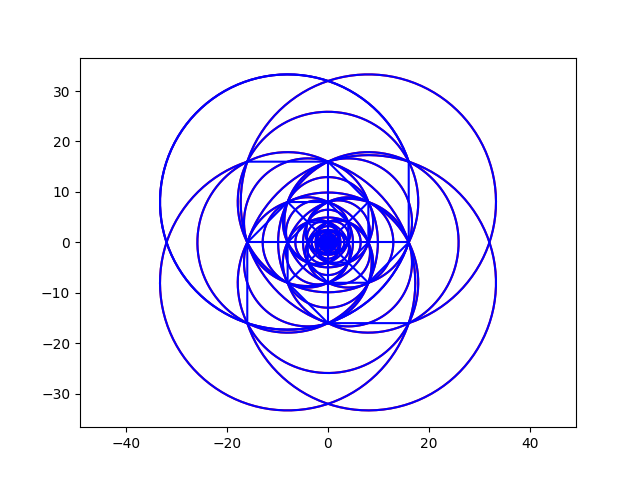
Repository: lbylzkx/Circle-Point-Manuscript
Script's output: python 卍.py
An editor plug-in stored every save of this project. The script's output is shown before and after the next save, followed by the edit.
Random numbers start from a fixed seed.

Above is the script's output before, as saved 2023-09-25 16:38:32.

After the next save:
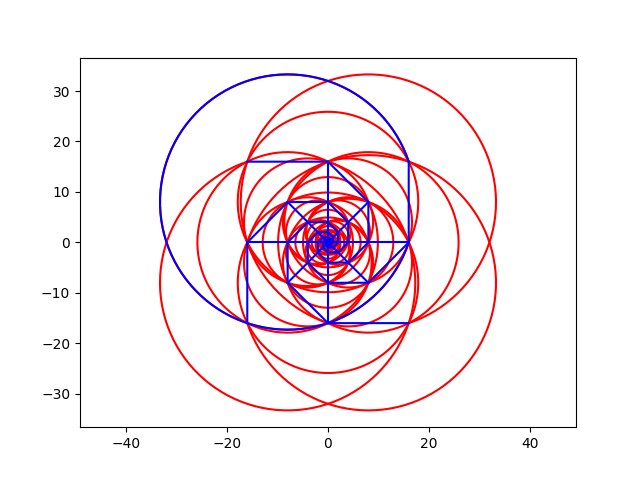
Saved 9 s later.
--- a/卍.py
+++ b/卍.py
@@ -46,10 +46,10 @@ x4 = [x_position(i, thelta=3*np.pi/2) for i in range(-10, 10)]
 y4 = [y_position(i, thelta=3*np.pi/2) for i in range(-10, 10)]
 plt.plot(x4, y4, 'b')
 
-for alpha in range(0, 4):
-    for n in range(-10, 9):
-        arc((loutus_x_center(n, alpha*np.pi/2), loutus_y_center(n, alpha*np.pi/2)),
-            (x_position(n, alpha*np.pi/2), y_position(n, alpha*np.pi/2)), (loutus_x_to(n, alpha*np.pi/2), loutus_y_to(n, alpha*np.pi/2)))
+# for alpha in range(0, 4):
+#     for n in range(-10, 9):
+#         arc((loutus_x_center(n, alpha*np.pi/2), loutus_y_center(n, alpha*np.pi/2)),
+#             (x_position(n, alpha*np.pi/2), y_position(n, alpha*np.pi/2)), (loutus_x_to(n, alpha*np.pi/2), loutus_y_to(n, alpha*np.pi/2)))
 
 
 # arc((loutus_x_center_inverse(8), loutus_y_center_inverse(8)),
